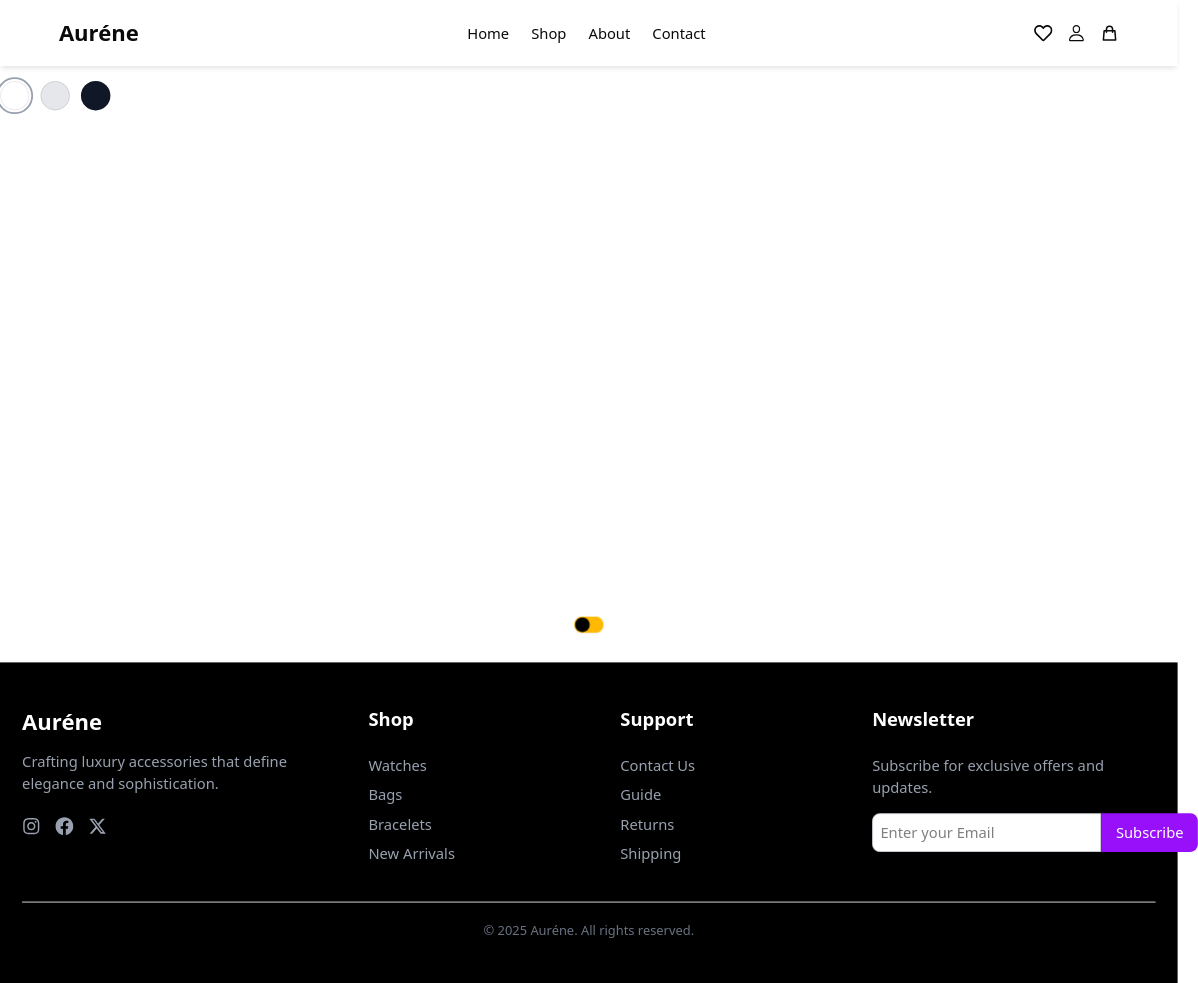
Repository: oehab30/Aur-ne-e-commerce-
Page: /Wishlist
The author's editor kept a copy of each file at every save. The page is drawn from the files as they stood at one save, then again after a run of saves.
The browser window is 1280 px wide. The page is 1302 px wide, so the pictures cover 1302 px, including what lies to the right of the window. The pictures show the whole page, at 92% of full size.
The project was rebuilt for these pictures with package versions that can differ from the ones it lists, and the page was loaded fresh each time. Also part of the build but not shown: src/components/home-page/Hero.tsx, src/components/home-page/Hotoffers.tsx, src/components/home-page/Dontmiss.tsx, src/components/home-page/Featuredcollection.tsx, src/components/home-page/BestSellers.tsx, src/components/home-page/Summercollection.tsx, src/pages/Home.tsx, src/components/common/Categories.tsx and 7 more.

Above is the page before, as saved 2025-11-26 18:49:19.

After the next 2 saves:
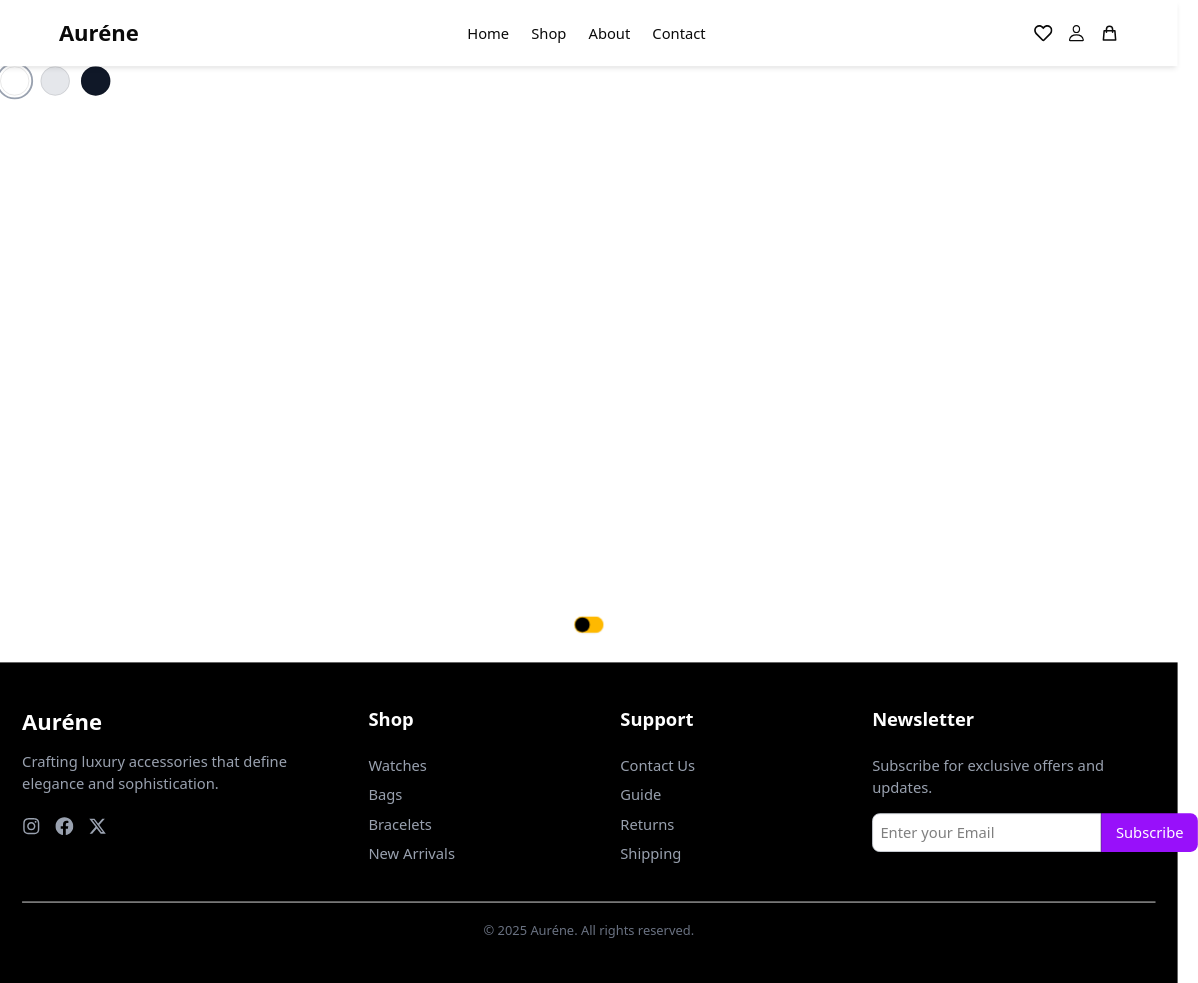
The 2 saves are shown as one change because they came seconds apart.
The last was saved 2 min 45 s later.
--- a/src/components/Shop-page/color.tsx
+++ b/src/components/Shop-page/color.tsx
@@ -11,7 +11,6 @@
   };
 
   return (
-    <fieldset aria-label="Choose a color" className="mt-4">
       <div className="flex items-center gap-x-3">
         {product.colors.map((color, index) => (
           <div
@@ -32,7 +31,6 @@
           </div>
         ))}
       </div>
-    </fieldset>
   );
 }
 

After the 2 saves that followed:
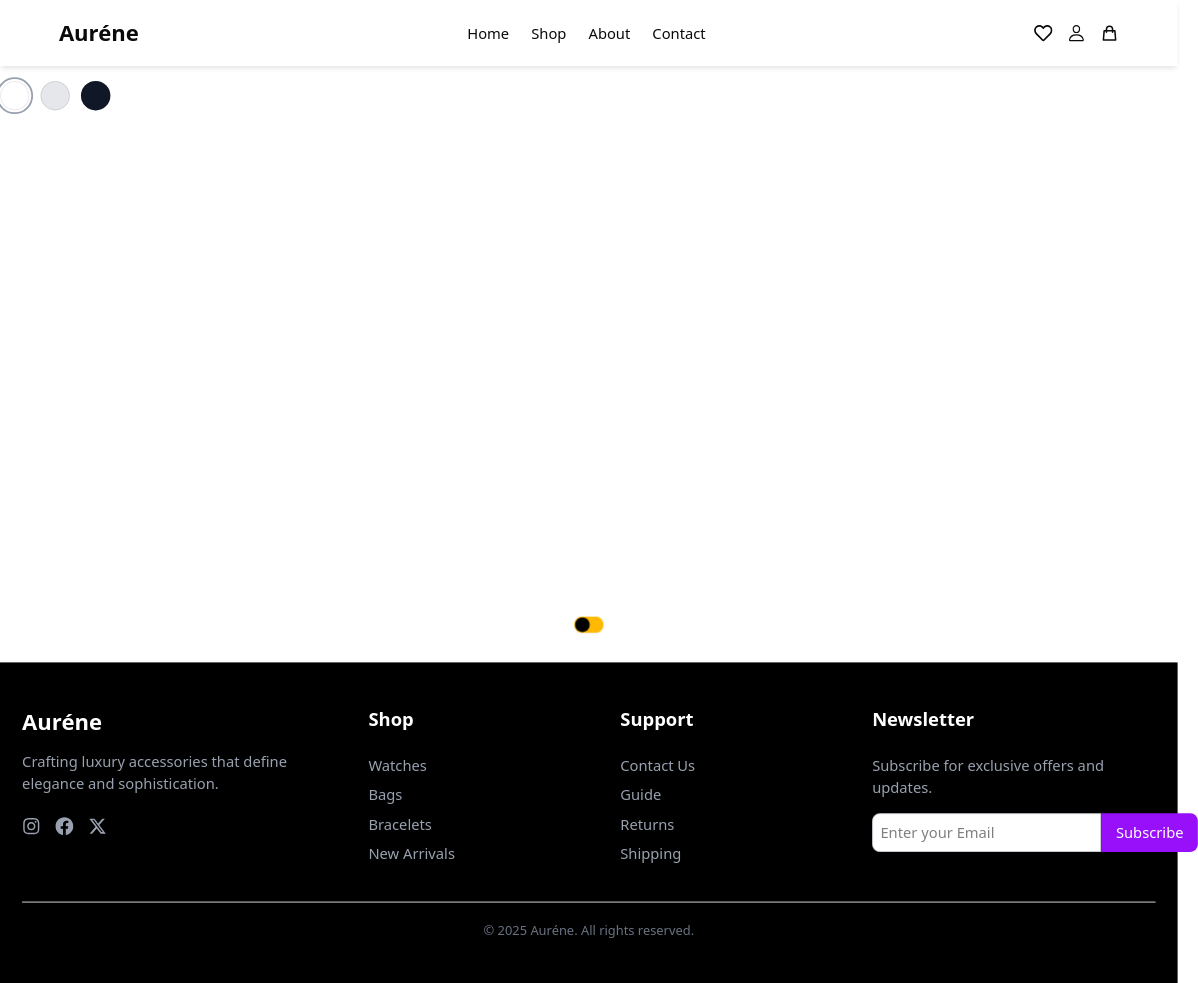
The 2 saves are shown as one change because they came seconds apart.
The last was saved 7 s later.
--- a/src/components/Shop-page/color.tsx
+++ b/src/components/Shop-page/color.tsx
@@ -11,6 +11,7 @@
   };
 
   return (
+    <fieldset aria-label="Choose a color" className="mt-4">
       <div className="flex items-center gap-x-3">
         {product.colors.map((color, index) => (
           <div
@@ -31,6 +32,7 @@
           </div>
         ))}
       </div>
+    </fieldset>
   );
 }
 
